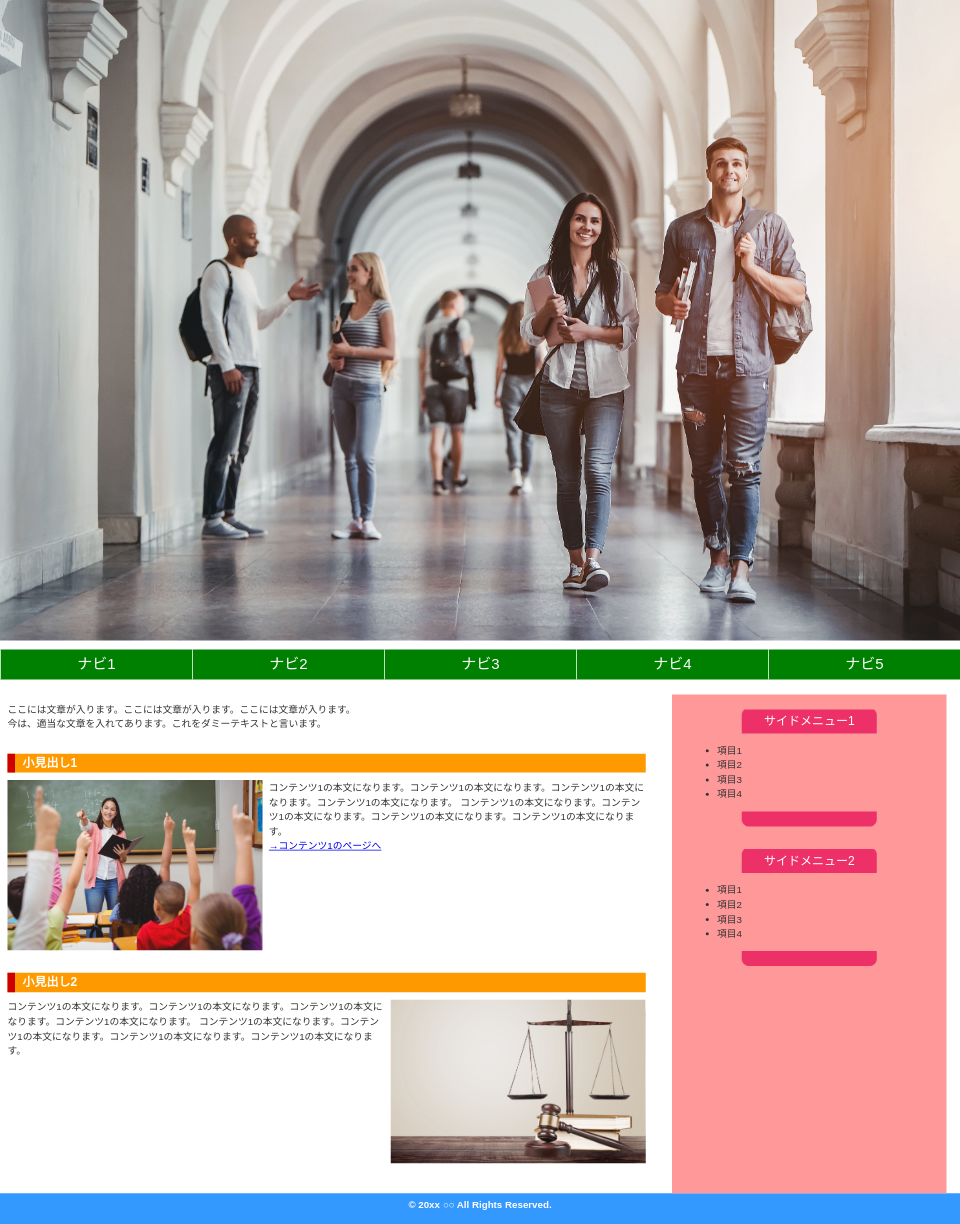
Repository: mroo0/samurai_HTML-CSS
Page: home.html
The author's editor kept a record of every edit. The page is drawn from the files as they stood at one moment, then again after the next edit.
The browser window is 1280 px wide. The pictures show the whole page, at 75% of full size.

Above is the page before.

### home.html
<!DOCTYPE html>
<html lang="ja">
    <head>
        <meta charset="UTF-8">
        <title>HTML/CSSの学習</title>
        <link rel="stylesheet" href="stylesheet.css">
    </head>
    <body>
        <div id="header">
            <h1><a href="index.html"><img id="corridor" src="images/corridor.jpg" alt="大学の廊下" /></a></h1>
        </div>
        <div id="wrapper">
            <div id="nav">
                <ul>
                    <li><a href="home.html">ナビ1</a></li>
                    <li><a href="#">ナビ2</a></li>
                    <li><a href="#">ナビ3</a></li>
                    <li><a href="#">ナビ4</a></li>
                    <li><a href="#">ナビ5</a></li>
                </ul>
            </div>
            <div id="container">
                <div id="main">
                    <div class="post">
                        <p>ここには文章が入ります。ここには文章が入ります。ここには文章が入ります。<br />今は、適当な文章を入れてあります。これをダミーテキストと言います。</p>
                    </div>
                    <div class="post clearfix">
                        <h2>小見出し1</h2>
                        <img class="left" src="images/classroom.jpg" alt="授業風景" />
                        <p>
                            コンテンツ1の本文になります。コンテンツ1の本文になります。コンテンツ1の本文になります。コンテンツ1の本文になります。
                            コンテンツ1の本文になります。コンテンツ1の本文になります。コンテンツ1の本文になります。コンテンツ1の本文になります。
                        </p>
                        <p><a href="#">→コンテンツ1のページへ</a></p>
                    </div>
                    <div class="post clearfix">
                        <h2>小見出し2</h2>
                        <img class="right" src="images/scale.jpg" alt="天秤" />
                        <p>
                            コンテンツ1の本文になります。コンテンツ1の本文になります。コンテンツ1の本文になります。コンテンツ1の本文になります。
                            コンテンツ1の本文になります。コンテンツ1の本文になります。コンテンツ1の本文になります。コンテンツ1の本文になります。
                        </p>
                    </div>
                </div>
                <div id="side">
                    <div class="box">
                        <h2>サイドメニュー1</h2>
                        <div class="boxbody">
                            <ul>
                                <li>項目1</li>
                                <li>項目2</li>
                                <li>項目3</li>
                                <li>項目4</li>
                            </ul>
                        </div>
                    </div>
                    <div class="box">
                        <h2>サイドメニュー2</h2>
                        <div class="boxbody">
                            <ul>
                                <li>項目1</li>
                                <li>項目2</li>
                                <li>項目3</li>
                                <li>項目4</li>
                            </ul>
                        </div>
                    </div>
                </div>
            </div>
        </div>
        <div id="footer">
            <p>&copy; 20xx ○○ All Rights Reserved.</p>
        </div>
    </body>
</html>

### stylesheet.css
@charset "utf-8";

body{
	margin:0;
	padding:0;
	font-family:"ヒラギノ角ゴ Pro W3", "Hiragino Kaku Gothic Pro", "メイリオ", Meiryo, Osaka, "ＭＳ Ｐゴシック", "MS PGothic", sans-serif;
	color:#333;
	font-size:13px;
	line-height:150%;
}

/* -------------------- header -------------------- */
#header{
	width:100%;
}
#header h1{
	margin:0;
	padding:0;
}

#corridor{
	width:100%;
	height:auto;
}

/* -------------------- wrapper -------------------- */
#wrapper{
    width:100%;
    margin:auto;
    padding:0px;
    border:0px;
    background-color:#FFF;
    top:10px;
    position:relative;
}

/* -------------------- nav -------------------- */
#nav{
	width:100%;
}
#nav ul{
	display:flex;
	margin:0;
	padding:0;
	list-style-type:none;
}
#nav ul li{
	width:20%;
	text-align:center;
}
#nav ul li a{
	display:block;
	height:20px;
	margin:0;
	padding:10px;
	color:#FFF;
	font-size:20px;
	text-decoration:none;
	background-color:green;
    border-left:1px solid white;
}
#nav ul li a:hover{
	filter:drop-shadow(10px 10px 10px black);
}

/* -------------------- container -------------------- */
#container{
	width:100%;
	margin:auto;
	padding-top:20px;
	clear:both;
	display:grid;
	grid-template-columns:70vw 30vw;
}

/* -------------------- main -------------------- */
#main{
	width:95%;
	padding:10px 30px 10px 10px;
}
#main h2{
	margin:0 0 10px 0;
	padding:3px 10px 3px 10px;
	color:#FFF;
	font-size:16px;
	border-left:10px solid #C00;
	background-color:#F90;
}
#main p{
	margin:0;
	padding:0;
}
#main .post{
	margin:0 0 30px 0;
}
#main .post img.right{
	margin:0 0 0 8px;
}
#main .post img.left{
	margin:0 8px 0 0;
}
.right{
	float:right;
	width:40%;
	height:auto;
}
.left{
	float:left;
	width:40%;
	height:auto;
}

/* -------------------- clearfix -------------------- */
.clearfix{
	zoom:1;
}
.clearfix:after{
	content:"";
	display:block;
	clear:both;
}

/* -------------------- side -------------------- */
#side{
	width:85%;
	padding:20px;
	background-color:#F99;
}
#side .box{
	margin:0 auto 30px auto;
	padding:0 0 20px 0;
	background:url("images/side_box.png") bottom no-repeat;
}
#side .box h2{
	margin:0;
	padding:8px;
	text-align:center;
	color:#fff;
	font-size:16px;
	line-height:16px;
	font-weight:normal;
	background:url("images/side_box_h2.png") center no-repeat;
}
#side .box .boxBody{
	padding:8px;
	border-right:1px solid #C36;
	border-bottom:1px solid #C36;
	border-left:1px solid #C36;
	background:#fff;
}
#side .box .boxBody ul{
	margin:0 0 16px 0;
	padding:0;
}
#side .box .boxBody ul li{
	padding:8px 0 8px 4px;
	list-style:none;
	border-bottom:1px solid #C36;
}
#side .box .boxBody ul li:hover{
	padding:8px 0 8px 4px;
	list-style:none;
	border-bottom:1px solid #C36;
	box-shadow:0px 4px 4px rgba(0,0,0,0.3);
}

/* -------------------- footer -------------------- */
#footer{
	clear:both;
	width:100%;
	padding:3px 0 3px 0;
	background:#39F;
	color:#FFF;
	font-weight:bold;
	text-align:center;
}

After the next edit:
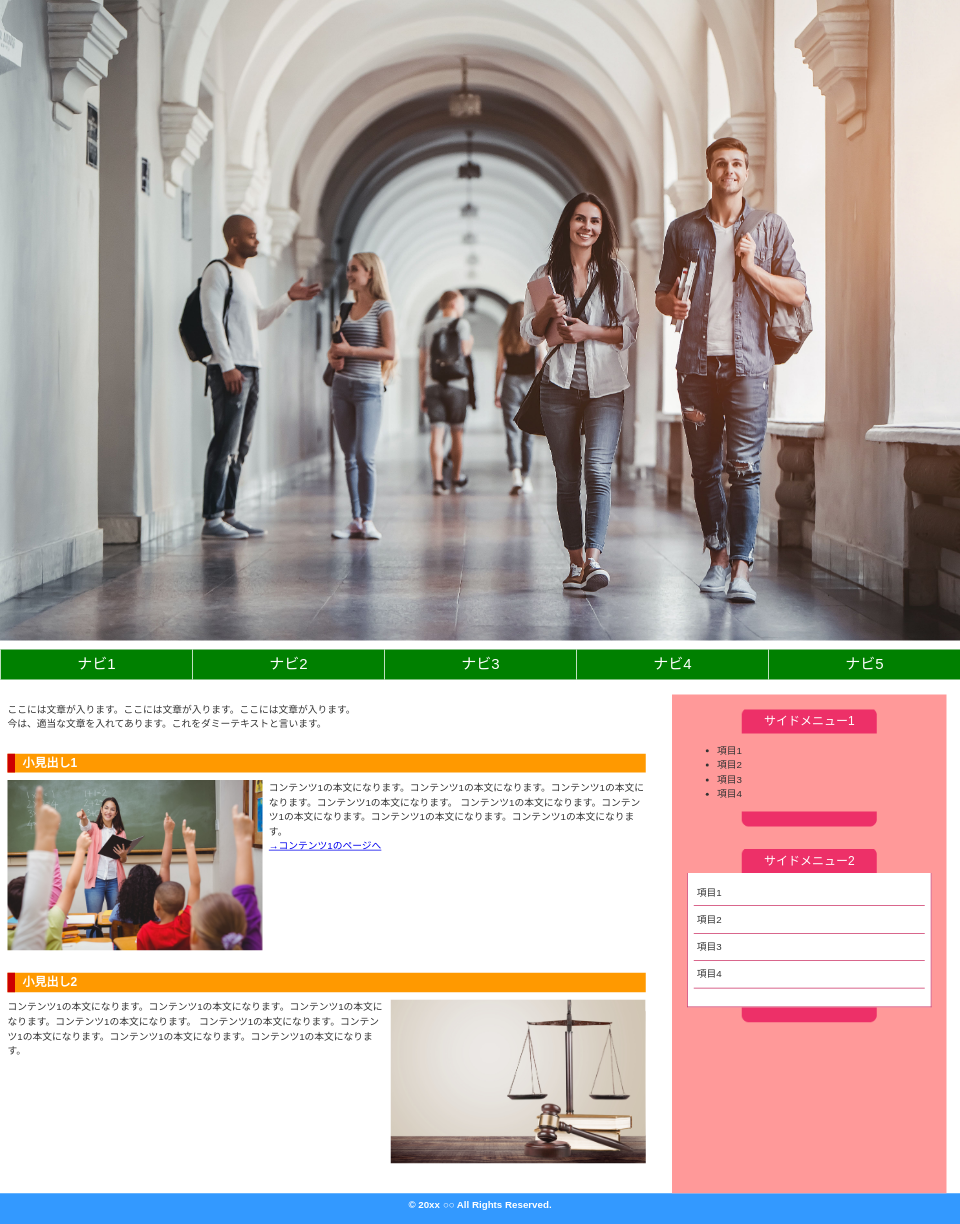
The edit:
--- a/home.html
+++ b/home.html
@@ -56,7 +56,7 @@
                     </div>
                     <div class="box">
                         <h2>サイドメニュー2</h2>
-                        <div class="boxbody">
+                        <div class="boxBody">
                             <ul>
                                 <li>項目1</li>
                                 <li>項目2</li>
